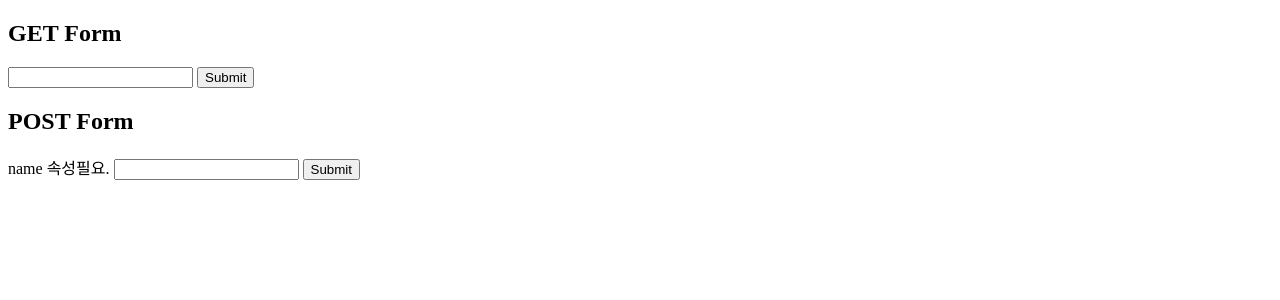
Repository: HHongmoris/TIL
Page: 04_BackEnd/BackEnd02_Servlet/WebContent/form_01_get_post.html
The author's editor kept a copy of each file at every save. The page is drawn from the files as they stood at one save, then again after the next save.
The browser window is 1280 px wide. The pictures show the whole page.

Above is the page before, as saved 2023-03-07 02:42:37.

After the next save:
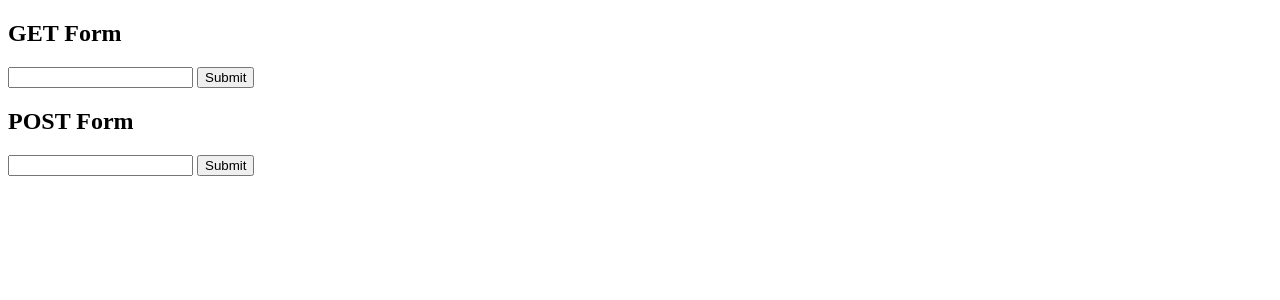
Saved 36 s later.
--- a/04_BackEnd/BackEnd02_Servlet/WebContent/form_01_get_post.html
+++ b/04_BackEnd/BackEnd02_Servlet/WebContent/form_01_get_post.html
@@ -13,7 +13,7 @@
 	</form>
 	<h2>POST Form</h2>
 	<form action="" method="POST">
-		name 속성필요.
+		<!-- name 속성필요. -->
 		<input type="text" name="id">
 		<input type="submit">
 	</form>
